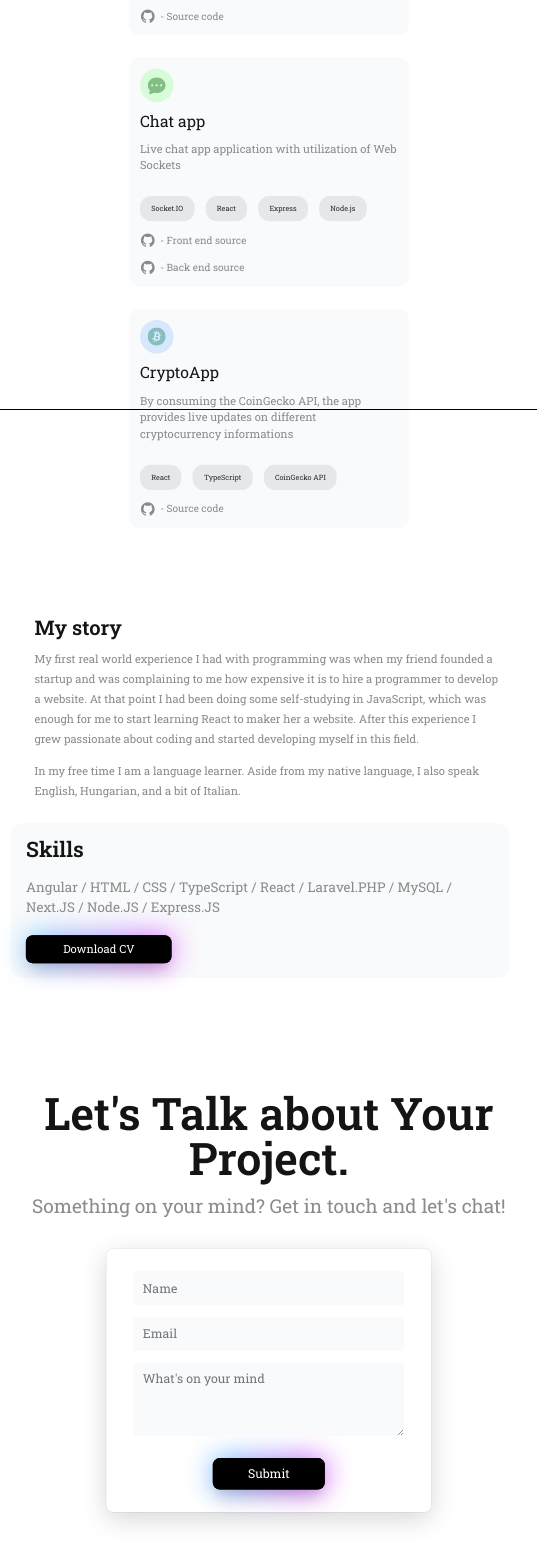
Repository: Leoka2000/portfolio-final
Page: /
The author's editor kept a copy of each file at every save. The page is drawn from the files as they stood at one save, then again after the next save.
The browser window is 768 px wide. The pictures show the part of the page from y = 2320 to 4560 px (the page is 4560 px tall), at 70% of full size.
Some web fonts or font styles are not loaded; a fallback is used. The project was rebuilt for these pictures with package versions that can differ from the ones it lists, and the page was loaded fresh each time. Some packages were replaced by stand-ins written for this rebuild. Also part of the build but not shown: src/App.css. Imported but missing from the stored project, and not drawn on this page: src/assets/BioNexus.mp4, src/assets/LeoCV.pdf, src/assets/ScholarSearch.mp4, src/assets/chat-app.mp4.

Above is the page before, as saved 2023-09-27 14:22:04.

After the next save:
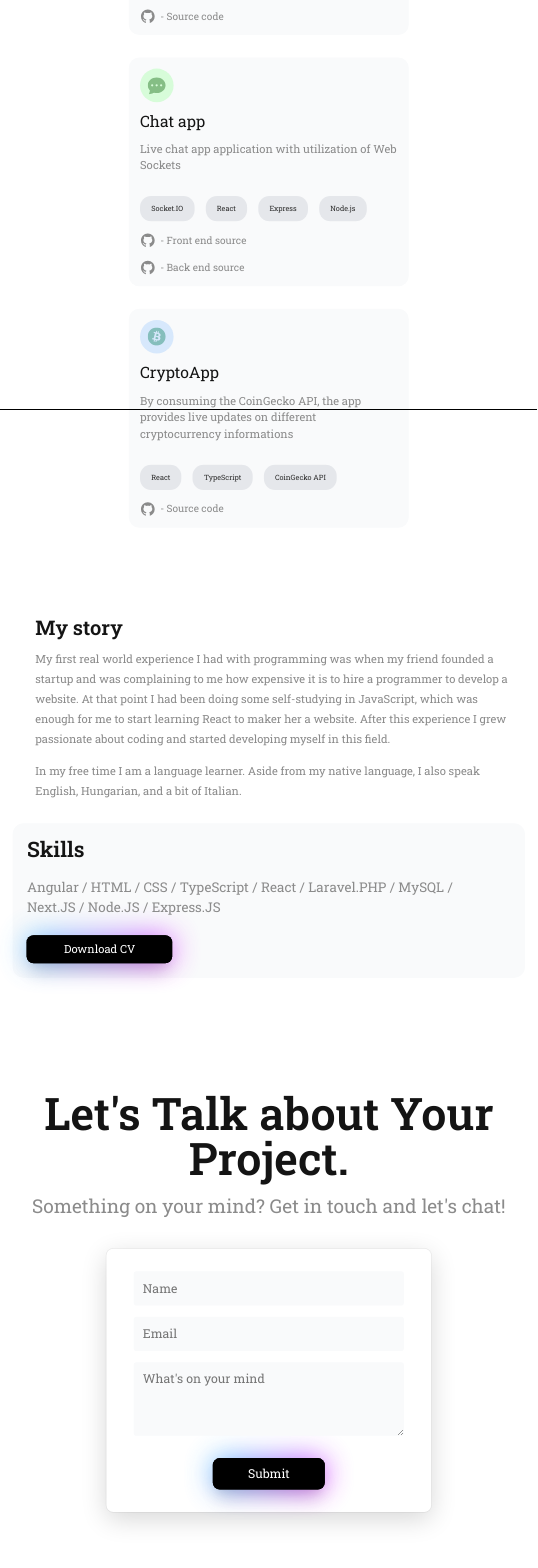
Saved 18 s later.
--- a/src/pages/main/about/about.css
+++ b/src/pages/main/about/about.css
@@ -127,7 +127,7 @@ color: black;
 @media screen and (max-width: 1000px) {
     .about-section {
         flex-direction: column;
-        padding-left: 0rem;
+        padding: 7rem 0rem 5rem 0rem;
         align-items: center;
 
 
